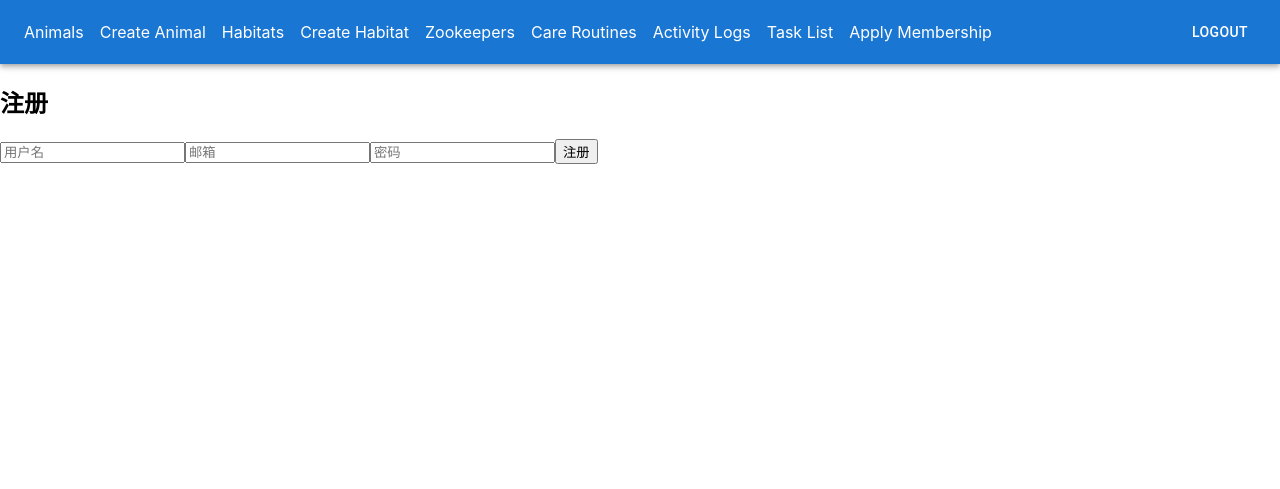
Repository: maomao7788/Digital-Zoo-Management1
Page: /register (app in frontend/)
These files come from the project's save history. The page is drawn as it stood at one moment and after the next save; the edit follows.
The browser window is 1280 px wide. The pictures show the whole page.
The project was rebuilt for these pictures with package versions that can differ from the ones it lists, and the page was loaded fresh each time. Also part of the build but not shown: frontend/src/pages/AnimalList.tsx, frontend/src/services/api.ts, frontend/src/pages/CreateAnimal.tsx, frontend/src/pages/Login.tsx, frontend/src/pages/ApplyMembership.tsx, frontend/src/components/PrivateRoute.tsx, frontend/src/pages/EditAnimal.tsx, frontend/src/pages/HabitatList.tsx and 7 more.

Above is the page before, as saved 2025-03-10 14:06:15.

After the next save:
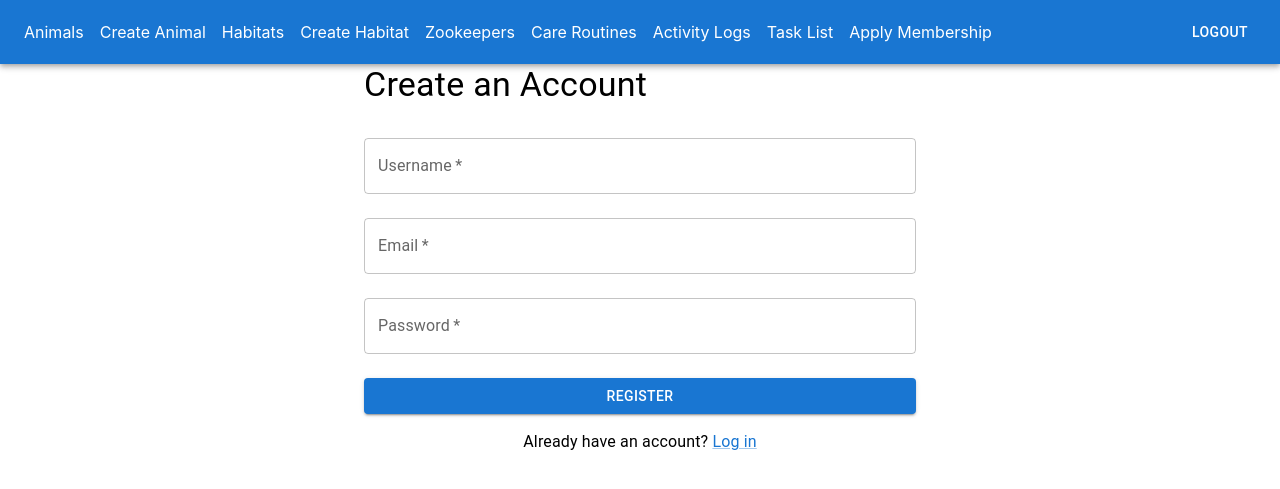
Saved 2 min 28 s later.
--- a/frontend/src/pages/Register.tsx
+++ b/frontend/src/pages/Register.tsx
@@ -1,12 +1,17 @@
 import React, { useState } from "react";
+import { useNavigate } from "react-router-dom";
+import { Typography, Container, TextField, Button, Snackbar, Alert, Link } from "@mui/material";
 import axios from "axios";
 
-const Register = () => {
+const Register: React.FC = () => {
+  const navigate = useNavigate();
   const [formData, setFormData] = useState({
     username: "",
     email: "",
     password: "",
   });
+  const [errorMessage, setErrorMessage] = useState<string | null>(null);
+  const [openSnackbar, setOpenSnackbar] = useState(false);
 
   const handleChange = (e: React.ChangeEvent<HTMLInputElement>) => {
     setFormData({ ...formData, [e.target.name]: e.target.value });
@@ -14,26 +19,77 @@ const Register = () => {
 
   const handleSubmit = async (e: React.FormEvent) => {
     e.preventDefault();
+    setErrorMessage(null);
     try {
       await axios.post("http://127.0.0.1:8000/zoo/api/register/", formData);
-      alert("注册成功");
+      setOpenSnackbar(true);
+      setTimeout(() => navigate("/login"), 1500);
     } catch (error) {
-      alert("注册失败");
+      setErrorMessage("Registration failed. Please try again.");
     }
   };
 
   return (
-    <div>
-      <h2>注册</h2>
+    <Container maxWidth="sm">
+      <Typography variant="h4" sx={{ mb: 2 }}>
+        Create an Account
+      </Typography>
+
+      {/* Registration Form */}
       <form onSubmit={handleSubmit}>
-        <input type="text" name="username" placeholder="用户名" onChange={handleChange} />
-        <input type="email" name="email" placeholder="邮箱" onChange={handleChange} />
-        <input type="password" name="password" placeholder="密码" onChange={handleChange} />
-        <button type="submit">注册</button>
+        <TextField
+          label="Username"
+          fullWidth
+          margin="normal"
+          name="username"
+          value={formData.username}
+          onChange={handleChange}
+          required
+        />
+        <TextField
+          label="Email"
+          type="email"
+          fullWidth
+          margin="normal"
+          name="email"
+          value={formData.email}
+          onChange={handleChange}
+          required
+        />
+        <TextField
+          label="Password"
+          type="password"
+          fullWidth
+          margin="normal"
+          name="password"
+          value={formData.password}
+          onChange={handleChange}
+          required
+        />
+        <Button type="submit" variant="contained" color="primary" fullWidth sx={{ mt: 2 }}>
+          Register
+        </Button>
       </form>
-    </div>
+
+      {errorMessage && <Typography color="error" sx={{ mt: 2 }}>{errorMessage}</Typography>}
+
+      <Snackbar open={openSnackbar} autoHideDuration={2000} onClose={() => setOpenSnackbar(false)}>
+        <Alert severity="success">Registration successful! Redirecting...</Alert>
+      </Snackbar>
+
+      {/* Login Redirect */}
+      <Typography sx={{ mt: 2, textAlign: "center" }}>
+        Already have an account?{" "}
+        <Link onClick={() => navigate("/login")} sx={{ cursor: "pointer" }}>
+          Log in
+        </Link>
+      </Typography>
+    </Container>
   );
 };
+
+export default Register;
+
 // import React, { useState } from "react";
 // import { registerUser } from "../services/api";
 // import { useNavigate } from "react-router-dom";
@@ -77,4 +133,4 @@ const Register = () => {
 //   );
 // };
 
-export default Register;
+// export default Register;
